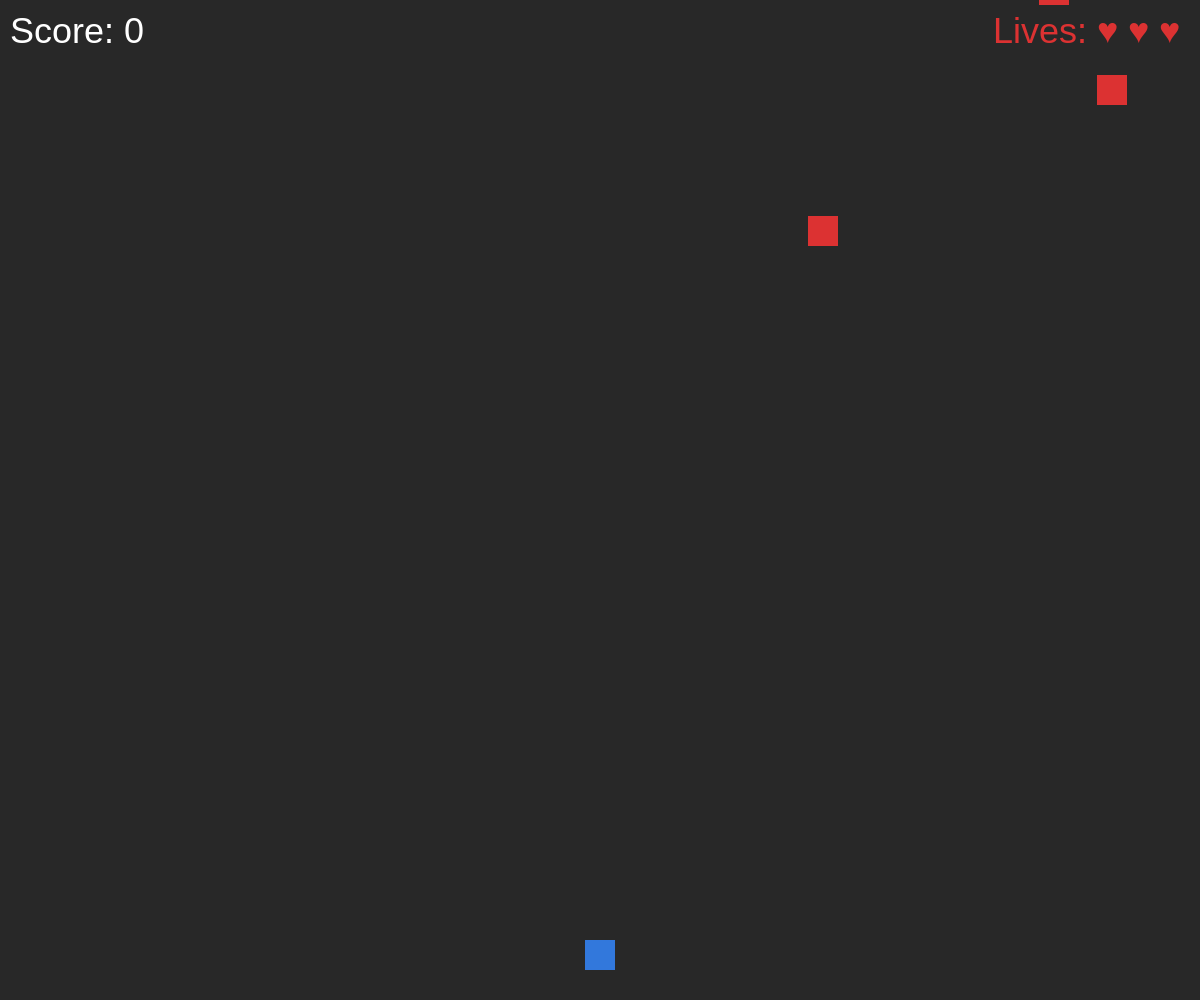
Repository: Magodang/20260181
Script's output: python week5fd/week5.py
These files come from the project's save history. The script's output is drawn as it stood at one moment and after the next save; the edit follows.
The window is shown after at most 60 frames with no key pressed. A system font it names is replaced by a similar one. Random numbers start from a fixed seed.

Above is the script's output before, as saved 2026-03-31 14:50:47.

### week5fd/week5.py
import pygame
import random
import sys

pygame.init()

def get_korean_font(size):
    candidates = ["malgungothic", "applegothic", "nanumgothic", "notosanscjk"]
    for name in candidates:
        font = pygame.font.SysFont(name, size)
        if font.get_ascent() > 0:
            return font
    return pygame.font.SysFont(None, size)

WIDTH, HEIGHT = 1200, 1000
FPS = 60

WHITE  = (255, 255, 255)
BLUE   = (50, 120, 220)
RED    = (220, 50, 50)
GRAY   = (40, 40, 40)

screen = pygame.display.set_mode((WIDTH, HEIGHT))
pygame.display.set_caption("Dodger")
clock = pygame.time.Clock()
font = get_korean_font(36)
font_big = get_korean_font(72)

PLAYER_W, PLAYER_H = 30, 30
ENEMY_W,  ENEMY_H  = 30, 30

SPAWN_DELAY = 20
MIN_SPEED = 5
MAX_SPEED = 8

def spawn_enemy(score):
    rand = random.random()

    # ===== 120점 이상: 빠른 작은 적도 포함 =====
    if score >= 120 and rand < 0.05:
        w = int(ENEMY_W * 0.7)
        h = int(ENEMY_H * 0.7)
        speed = int(random.randint(MIN_SPEED, MAX_SPEED) * 1.5)
        enemy_type = "fast"

    # ===== 50점 이상: 큰 적 등장 =====
    elif score >= 50 and rand < 0.03:
        w = ENEMY_W * 4
        h = ENEMY_H * 4
        speed = int(random.randint(MIN_SPEED, MAX_SPEED) * 0.5)
        enemy_type = "big"

    # ===== 기본 적 =====
    else:
        w = ENEMY_W
        h = ENEMY_H
        speed = random.randint(MIN_SPEED, MAX_SPEED)
        enemy_type = "normal"

    x = random.randint(0, WIDTH - w)
    return pygame.Rect(x, -h, w, h), speed, enemy_type


def draw_hud(score, lives):
    screen.blit(font.render(f"Score: {score}", True, WHITE), (10, 10))

    life_text = font.render(f"Lives: {'♥ ' * lives}", True, RED)
    screen.blit(life_text, (WIDTH - life_text.get_width() - 10, 10))


def game_over_screen(score):
    screen.fill(GRAY)
    screen.blit(font_big.render("GAME OVER", True, RED), (220, 220))
    screen.blit(font.render(f"Score: {score}", True, WHITE), (350, 310))
    screen.blit(font.render("R: Restart   Q: Quit", True, WHITE), (270, 360))
    pygame.display.flip()
    while True:
        for e in pygame.event.get():
            if e.type == pygame.QUIT:
                pygame.quit(); sys.exit()
            if e.type == pygame.KEYDOWN:
                if e.key == pygame.K_r: return True
                if e.key == pygame.K_q: pygame.quit(); sys.exit()


def main():
    player = pygame.Rect(WIDTH // 2 - PLAYER_W // 2, HEIGHT - 60, PLAYER_W, PLAYER_H)
    enemies = []
    score = 0
    lives = 3
    spawn_timer = 0
    invincible = 0

    while True:
        clock.tick(FPS)

        for e in pygame.event.get():
            if e.type == pygame.QUIT:
                pygame.quit(); sys.exit()

        keys = pygame.key.get_pressed()
        if keys[pygame.K_LEFT]  and player.left  > 0:     player.x -= 5
        if keys[pygame.K_RIGHT] and player.right < WIDTH: player.x += 5
        if keys[pygame.K_UP]    and player.top   > 0:     player.y -= 5
        if keys[pygame.K_DOWN]  and player.bottom < HEIGHT: player.y += 5

        spawn_timer += 1
        if spawn_timer >= SPAWN_DELAY:
            spawn_timer = 0
            rect, speed, etype = spawn_enemy(score)
            enemies.append([rect, speed, etype])

        survived = []
        for rect, speed, etype in enemies:
            rect.y += speed

            if rect.top < HEIGHT:
                survived.append([rect, speed, etype])
            else:
                # ===== 점수 처리 =====
                if etype == "big":
                    score += 5
                elif etype == "fast":
                    score += 3
                else:
                    score += 1

        enemies = survived

        if invincible > 0:
            invincible -= 1
        else:
            for rect, speed, etype in enemies:
                if player.colliderect(rect):
                    lives -= 1
                    invincible = 90
                    enemies.clear()
                    if lives <= 0:
                        if game_over_screen(score):
                            main()
                        return
                    break

        screen.fill(GRAY)

        blink = (invincible // 10) % 2 == 0
        if blink:
            pygame.draw.rect(screen, BLUE, player)

        # ===== 모든 적 색상 빨간색 통일 =====
        for rect, speed, etype in enemies:
            pygame.draw.rect(screen, RED, rect)

        draw_hud(score, lives)
        pygame.display.flip()

main()

After the next save:
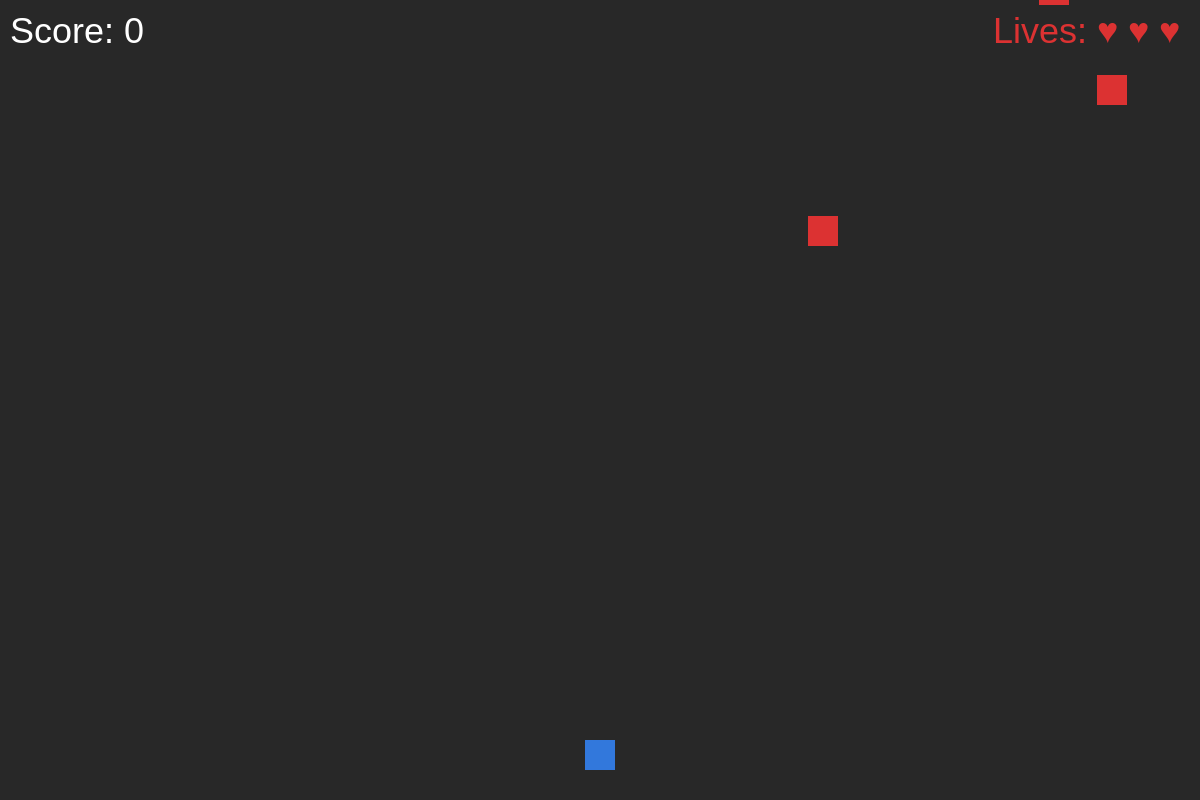
Saved 14 s later.
--- a/week5fd/week5.py
+++ b/week5fd/week5.py
@@ -12,7 +12,7 @@ def get_korean_font(size):
             return font
     return pygame.font.SysFont(None, size)
 
-WIDTH, HEIGHT = 1200, 1000
+WIDTH, HEIGHT = 1200, 800
 FPS = 60
 
 WHITE  = (255, 255, 255)
